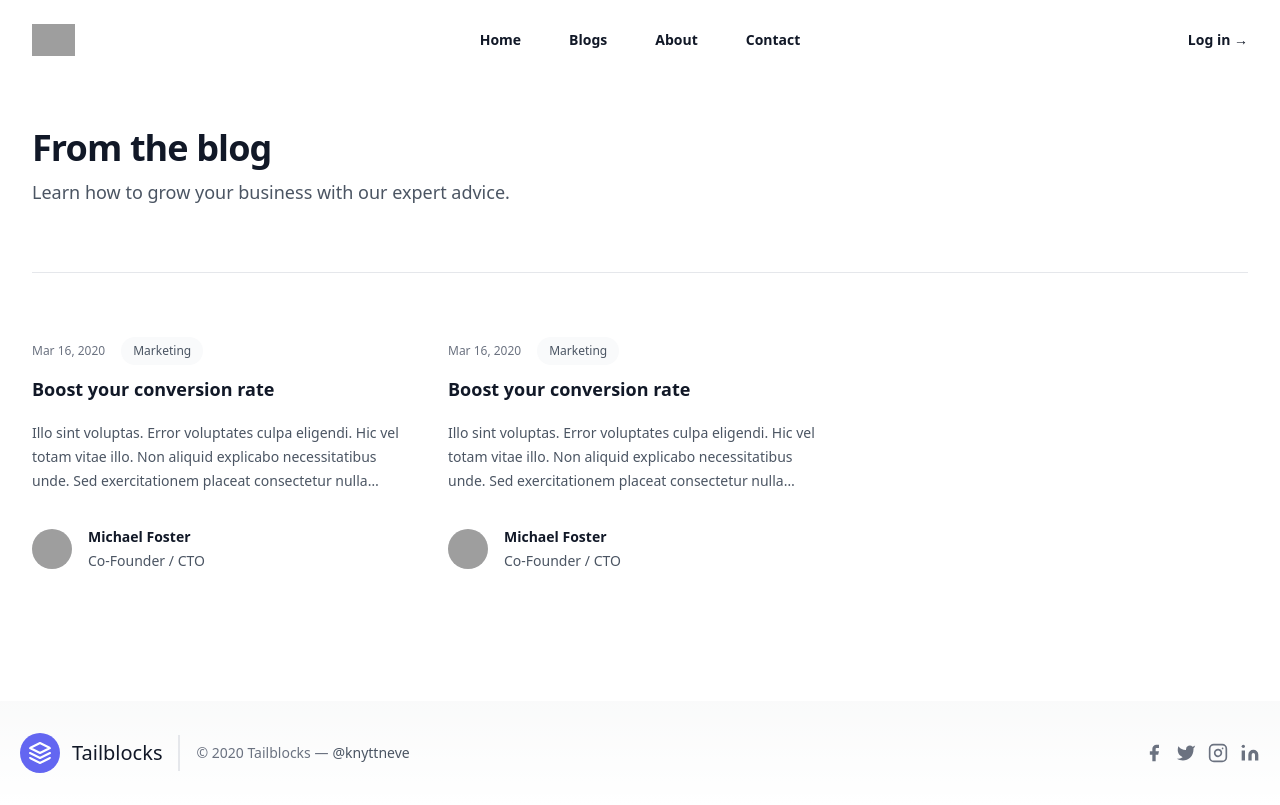
Repository: prashant523580/showcase
Page: /blogs
These files come from the project's save history. The page is drawn as it stood at one moment and after the next save; the edit follows.
The browser window is 1280 px wide. The pictures show the whole page.
Pictures or frames that could not be fetched are drawn as grey boxes. The project was rebuilt for these pictures with package versions that can differ from the ones it lists, and the page was loaded fresh each time. The framework's server and built-in components were replaced by stand-ins that run in the browser. Also part of the build but not shown: next.config.js.

Above is the page before, as saved 2023-03-25 14:30:50.

After the next save:
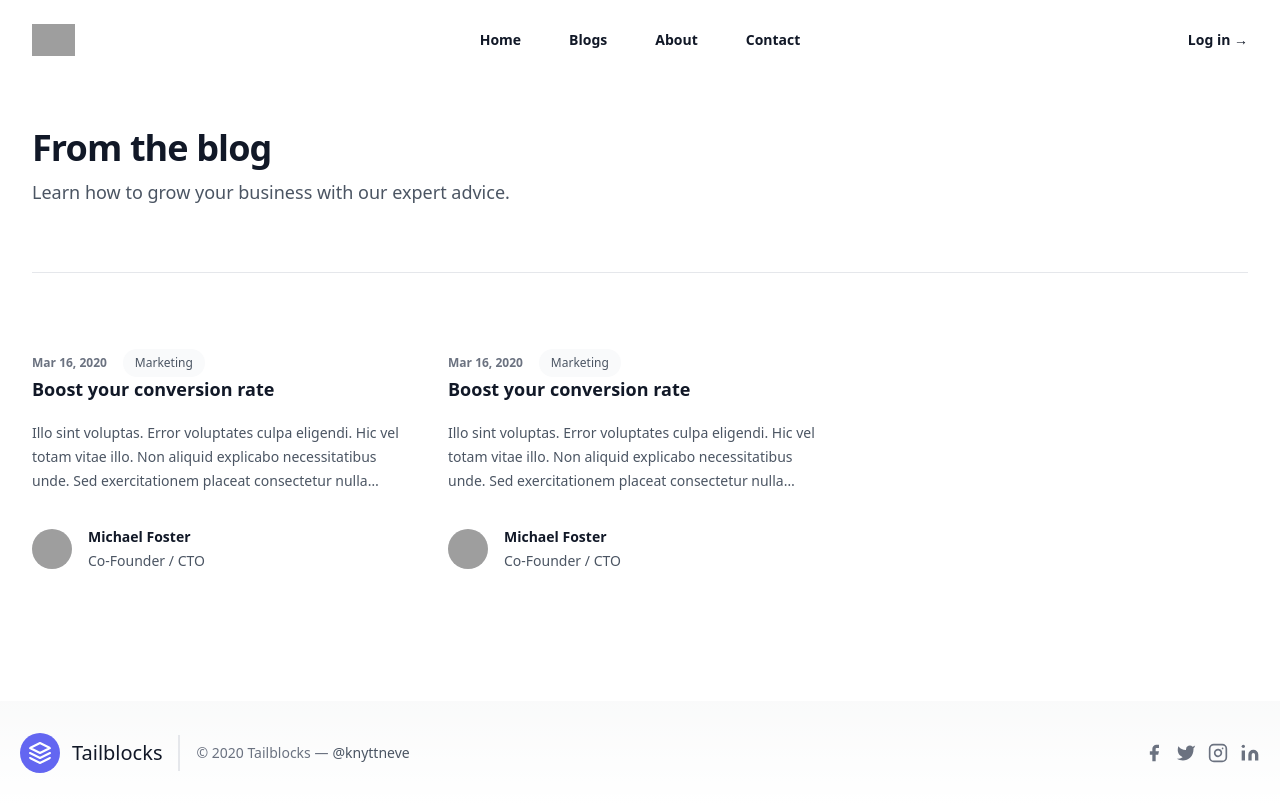
Saved 2 min 50 s later.
--- a/src/pages/blogs.tsx
+++ b/src/pages/blogs.tsx
@@ -63,6 +63,8 @@ const posts = [
           <div className="mx-auto mt-10 grid max-w-2xl grid-cols-1 gap-y-16 gap-x-8 border-t border-gray-200 pt-10 sm:mt-16 sm:pt-16 lg:mx-0 lg:max-w-none lg:grid-cols-3">
             {posts.map((post) => (
               <article key={post.id} className="flex max-w-xl flex-col items-start justify-between">
+                <div className="group relative">
+                  <h3 className="mt-3 text-lg font-semibold leading-6 text-gray-900 group-hover:text-gray-600">
                 <div className="flex items-center gap-x-4 text-xs">
                   <time dateTime={post.datetime} className="text-gray-500">
                     {post.date}
@@ -74,8 +76,6 @@ const posts = [
                     {post.category.title}
                   </a>
                 </div>
-                <div className="group relative">
-                  <h3 className="mt-3 text-lg font-semibold leading-6 text-gray-900 group-hover:text-gray-600">
                     <a href={post.href}>
                       <span className="absolute inset-0" />
                       {post.title}
